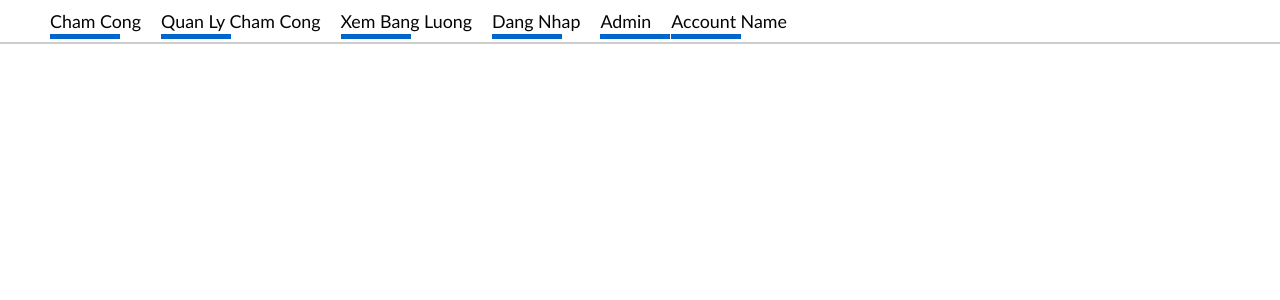
Repository: LDDUNG2003/a
Page: index.html
These files come from the project's save history. The page is drawn as it stood at one moment and after the next save; the edit follows.
The browser window is 1280 px wide. The pictures show the whole page.

Above is the page before, as saved 2023-10-13 23:54:58.

After the next save:
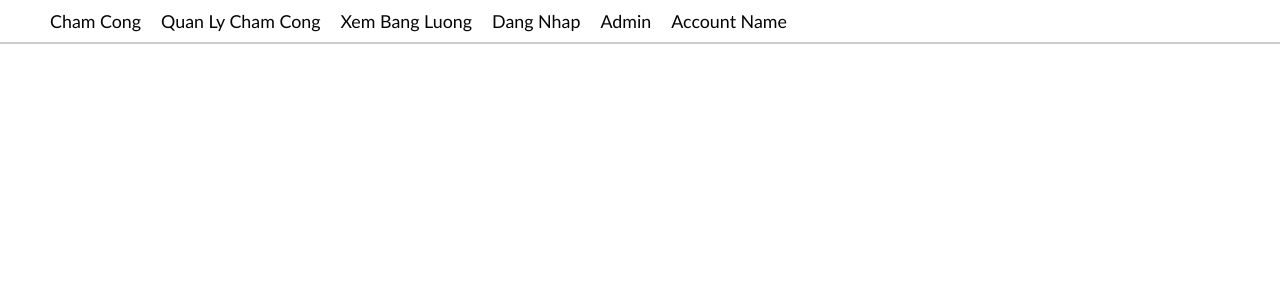
Saved 45 s later.
--- a/controlView/css/base.css
+++ b/controlView/css/base.css
@@ -47,9 +47,13 @@
     padding-top: 5px;
     top: 80%;
     left: 10px;
-    width: 70px;
+    width: 0px;
     background-color: var(--primary-color);
     position: absolute;
+}
+
+.navBar--items:hover ::after {
+    width: 70px;
 }
 
 .navbar--link {

After the 4 saves that followed:
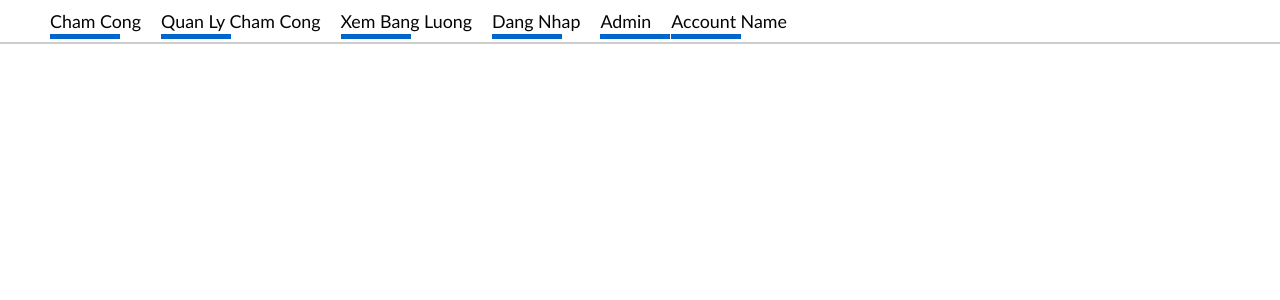
The 4 saves are shown as one change because 3 left the picture as it was.
The last was saved 2 min 5 s later.
--- a/controlView/css/base.css
+++ b/controlView/css/base.css
@@ -47,13 +47,14 @@
     padding-top: 5px;
     top: 80%;
     left: 10px;
-    width: 0px;
+    /* width: 0px; */
     background-color: var(--primary-color);
     position: absolute;
+    width: 70px;
 }
 
-.navBar--items:hover ::after {
-    width: 70px;
+.navBar--items:hover .navBar--items::after {
+    display: block;
 }
 
 .navbar--link {
